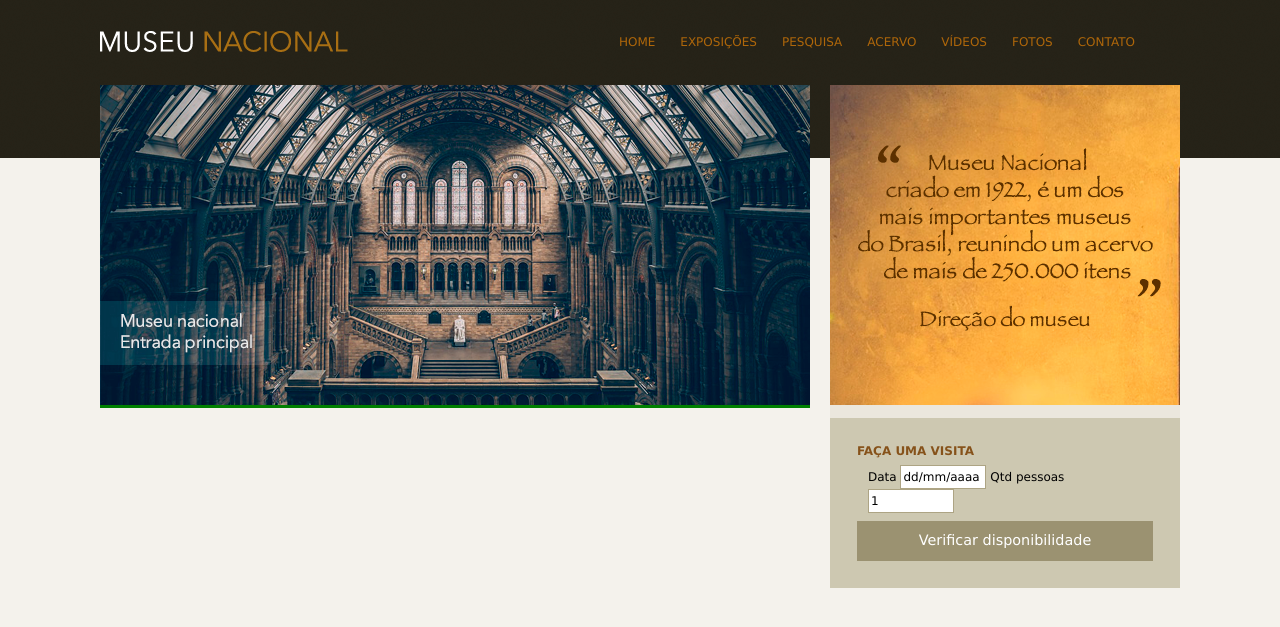
Repository: GustavoScopinho/Museu-Nacional
Page: index.html
These files come from the project's save history. The page is drawn as it stood at one moment and after the next save; the edit follows.
The browser window is 1280 px wide. The pictures show the whole page.

Above is the page before, as saved 2022-07-05 01:20:27.

### index.html
<!DOCTYPE html>
<html>
  <head>
    <title>Museu Nacional</title>
    <meta charset="utf-8" />
    <link rel="stylesheet" type="text/css" href="css/normalize.css" />
    <link rel="stylesheet" type="text/css" href="css/style.css" />
  </head>

  <body>
    <div id="container">
      <!-- Inicio container -->

      <header>
        <div id="logo">
          <h1><a href="">Museu Nacional</a></h1>
        </div>

        <nav>
          <ul>
            <li><a href="#">Home</a></li>
            <li><a href="#">Exposições</a></li>
            <li><a href="#">Pesquisa</a></li>
            <li><a href="#">Acervo</a></li>
            <li><a href="#">Vídeos</a></li>
            <li><a href="#">Fotos</a></li>
            <li><a href="#">Contato</a></li>
          </ul>
        </nav>
      </header>

      <div id="principal">
        <div id="conteudo">
          <section id=" capa">
            <img src="img/museu.png">
          </section>
        </div>
      <aside>
        <section id="depoimento">
          <img src="img/depoimento.png">
        </section>

      <section id="visita">
        <h4>Faça uma visita</h4>
          <form>
            <fieldset>
                <legend>Selecione uma data</legend>

                <label for="data" >Data</label>
                <input class="campo" type="text" id="data" value="dd/mm/aaaa">

                <label  for="qtd" >Qtd pessoas</label>
                <input class="campo" type="text" id="qtd" value="1">

            </fieldset>
            <input class="botao" type="submit" value="Verificar disponibilidade">
          </form>
      </section>

      </aside>
    </div>
    <!-- fim container -->
  </body>
</html>

### css/style.css

body {
  background: #f4f2ec url(../img/fundo.png) repeat-x;
  font: 12px "Lucida Grande", "Lucida Sans Unicode", Arial, sans-serif ;
}

#container {
  width: 1080px;
  margin: 0 auto;
}

a:link, a:active, a:visited {
  color: #af670a;
  text-decoration: none;
}

a:hover {
  color: #227115;
}

/* LOGO */

#logo h1{
  float: left;
}
#logo a {
  width: 248px;
  height: 21px;
  text-indent: -9999px;
  display: block;
  background: url(../img/logo.png) no-repeat;
}

/* navegation */

header{
  padding: 15px 0;
  height: 55px;
}

nav ul {
  list-style: none;
  margin: 20px;
  float: right;
}
nav ul li {
  float: left;
}

nav ul li a:link {
  display: block;
  margin-right: 25px;
  padding-bottom: 3px;
  text-transform: uppercase;
}

nav ul li a:hover {
  border-bottom: 1px solid #535858;
}

/* Principal */

#conteudo {
  width: 710px;
  float: left;
  background: green;
}
aside {
  width: 350px;
  float: right;
  background: #ebe7dd;
}

section#visita {
  background: #cdc8b1;
  padding: 10px 27px 27px 27px;
  margin-top: 10px;
}

h4 {
  color: #86521a;
  text-transform: uppercase;
  padding-bottom: 3px;
  margin-bottom: 0;
}

/* Formulario */

input {
  height: 20px;
  width: 80px;
  background: #fff;
  border: none;
  font-size: 1em;
}
input.campo {
  border:1px solid #ada484;
}

input.botao {
  background: #9b9271;
  color: white;
  width: 100%;
  height: 40px;
  font-size: 1.2em;
}

fieldset {
  border: none;
}

legend {
  display: none;
}

Loaded but not shown: css/normalize.css (library)

After the next save:
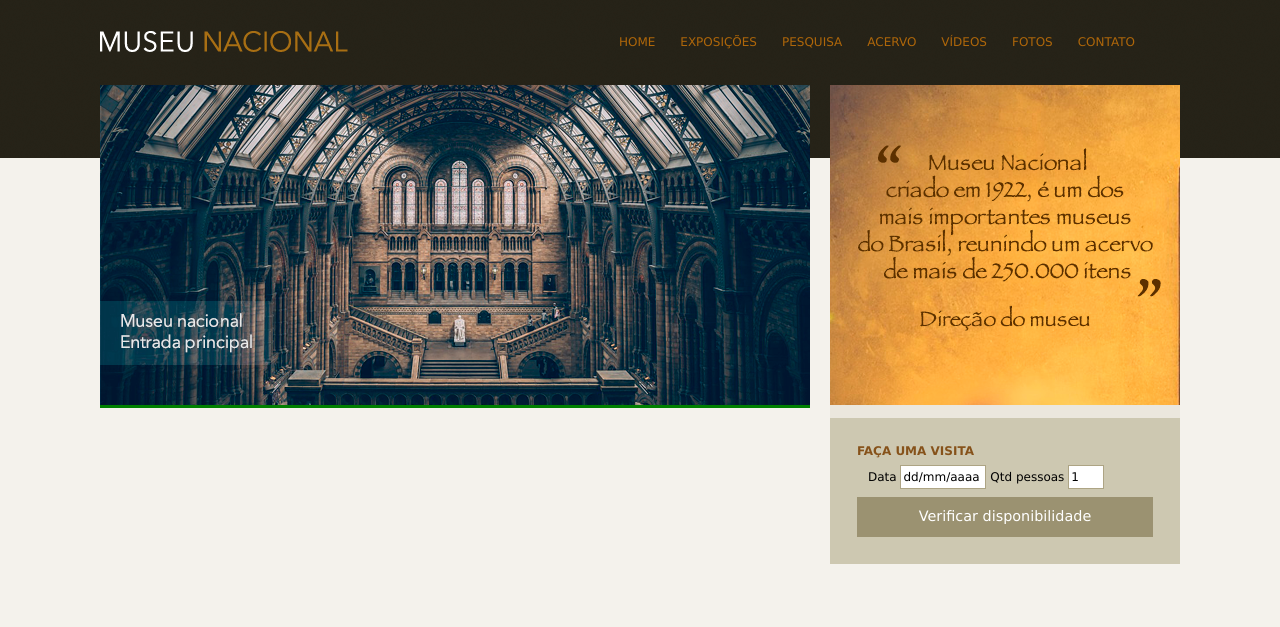
Saved 2 min 1 s later.
--- a/index.html
+++ b/index.html
@@ -50,7 +50,7 @@
                 <input class="campo" type="text" id="data" value="dd/mm/aaaa">
 
                 <label  for="qtd" >Qtd pessoas</label>
-                <input class="campo" type="text" id="qtd" value="1">
+                <input class="campo" style="width: 30px;" type="text" id="qtd" value="1">
 
             </fieldset>
             <input class="botao" type="submit" value="Verificar disponibilidade">
